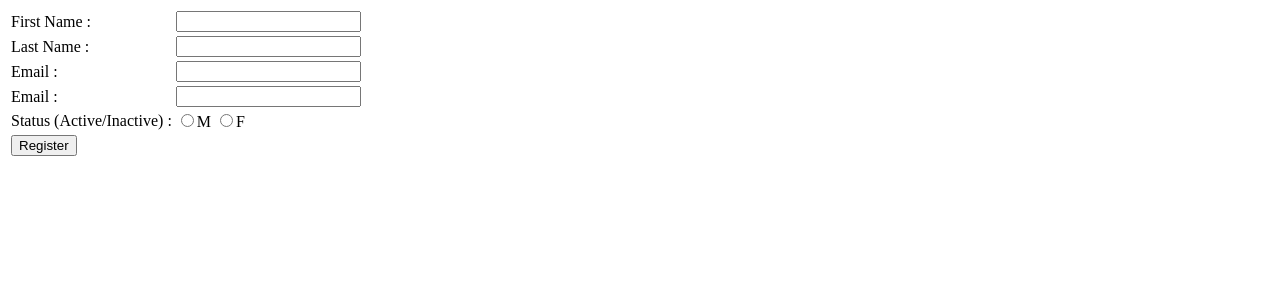
Repository: aniketaag/Test-Application
Page: http://localhost/evolent/WEB-INF/views/index.jsp
An editor plug-in stored every save of this project. The page is shown before and after the next save, followed by the edit.
The browser window is 1280 px wide. The pictures show the whole page.
The page is served by Tomcat 9. Nobody is signed in. Other server files are loaded and not shown. The template is opened directly, without the code that normally fills it, so the values that code supplies are empty.

Above is the page before, as saved 2020-01-18 15:44:32.

### evolent/src/main/webapp/WEB-INF/views/index.jsp
<%@ taglib prefix="form" uri="http://www.springframework.org/tags/form" %>
<html>
<head>
<title>Registration Page</title>
<style>
.error {
	color: #ff0000;
	font-style: italic;
}
</style>
</head>
<body>

<form:form method="POST" modelAttribute="user">
<table>
    <tr>
        <td>First Name :</td>
        <td><form:input path="firstName" /></td>
        <td><labels path="firstName" cssClass="error" /></td>
    </tr>
    <tr>
        <td>Last Name :</td>
        <td><form:input path="firstName" /></td>
        <td><labels path="firstName" cssClass="error" /></td>
    </tr>
    <tr>
        <td>Email :</td>
        <td><form:input path="firstName" /></td>
        <td><labels path="firstName" cssClass="error" /></td>
    </tr>
    <tr>
        <td>Email :</td>
        <td><form:input path="firstName" /></td>
        <td><labels path="firstName" cssClass="error" /></td>
    </tr>
    <tr>
        <td>Status (Active/Inactive) :</td>
        <td><form:radiobutton path="gender" value="M" label="M" />
            <form:radiobutton path="gender" value="F" label="F" /></td>
        <td><form:errors path="gender" cssClass="error" /></td>
    </tr>
    <tr>
        <td colspan="3"><input type="submit" value="Register" ></td>
    </tr>
</table>
</form:form>

</body>
</html>

After the next save:
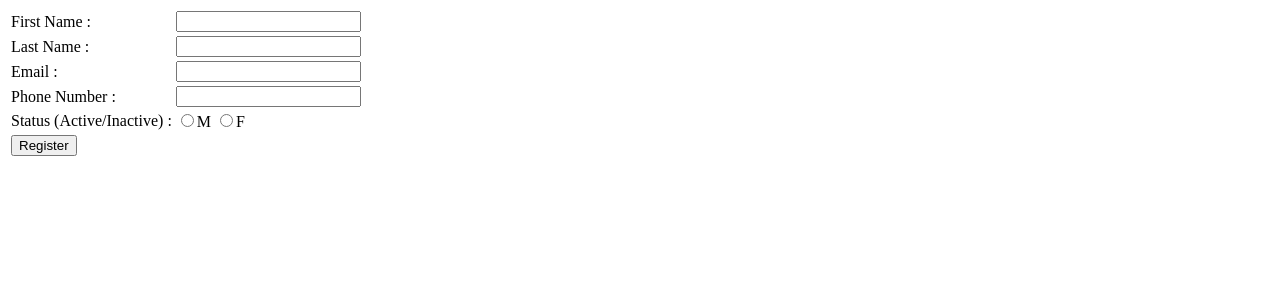
Saved 18 s later.
--- a/evolent/src/main/webapp/WEB-INF/views/index.jsp
+++ b/evolent/src/main/webapp/WEB-INF/views/index.jsp
@@ -29,7 +29,7 @@
         <td><labels path="firstName" cssClass="error" /></td>
     </tr>
     <tr>
-        <td>Email :</td>
+        <td>Phone Number :</td>
         <td><form:input path="firstName" /></td>
         <td><labels path="firstName" cssClass="error" /></td>
     </tr>
